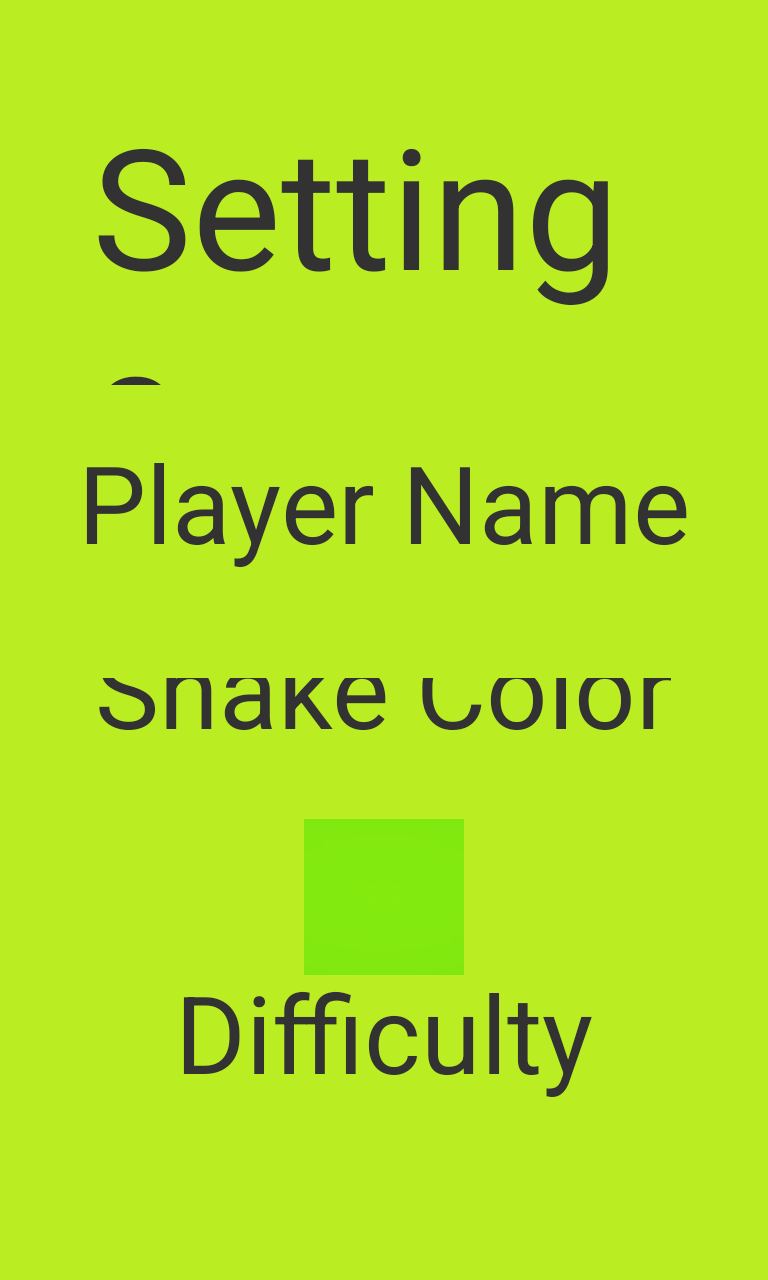
Repository: hoorncj-student/SuperSnakeOnline
Layout: SuperSnakeOnline/res/layout/activity_settings.xml
These files come from the project's save history. The layout is drawn as it stood at one moment and after the next save; the edit follows.
It is drawn on a 768 x 1280 px phone screen (xhdpi) without system bars, with theme AppTheme; the app's code is not run.

Above is the layout before, as saved 2013-10-27 08:00:28.

After the next save:
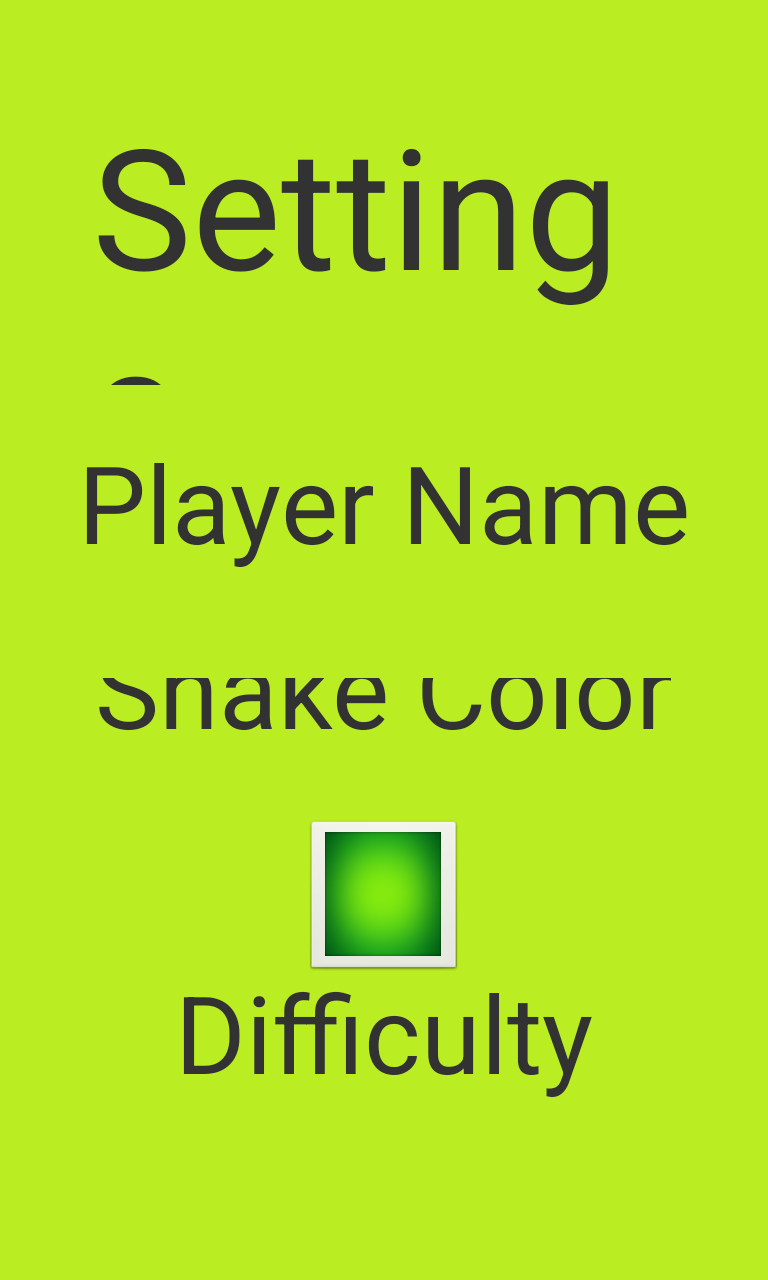
Saved 79 s later.
--- a/SuperSnakeOnline/res/layout/activity_settings.xml
+++ b/SuperSnakeOnline/res/layout/activity_settings.xml
@@ -67,7 +67,7 @@
             android:layout_width="80dp"
             android:layout_height="80dp"
             android:layout_margin="30dp"
-            android:adjustViewBounds="true"
+            android:scaleType="fitXY"
             android:src="@drawable/green" />
 
     </LinearLayout>
